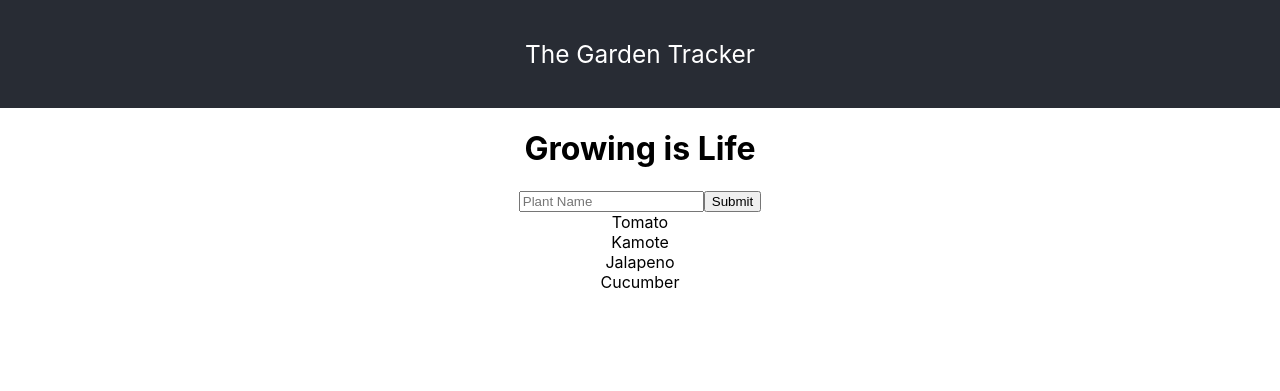
Repository: charliejp0311/gardentracker
Page: /
An editor plug-in stored every save of this project. The page is shown before and after a run of saves, followed by the edit.
The browser window is 1280 px wide. The pictures show the whole page.
The project was rebuilt for these pictures with package versions that can differ from the ones it lists, and the page was loaded fresh each time. Also part of the build but not shown: src/components/Harvest.js.

Above is the page before, as saved 2020-10-29 12:07:42.

### public/index.html
<!DOCTYPE html>
<html lang="en">
  <head>
    <meta charset="utf-8" />
    <link rel="icon" href="%PUBLIC_URL%/sun-svgrepo-com.svg" />
    <meta name="viewport" content="width=device-width, initial-scale=1" />
    <meta name="theme-color" content="#000000" />
    <meta
      name="description"
      content="Web site created using create-react-app"
    />
    <link rel="apple-touch-icon" href="%PUBLIC_URL%/logo192.png" />
    <!--
      manifest.json provides metadata used when your web app is installed on a
      user's mobile device or desktop. See https://developers.google.com/web/fundamentals/web-app-manifest/
    -->
    <link rel="manifest" href="%PUBLIC_URL%/manifest.json" />
    <!--
      Notice the use of %PUBLIC_URL% in the tags above.
      It will be replaced with the URL of the `public` folder during the build.
      Only files inside the `public` folder can be referenced from the HTML.

      Unlike "/favicon.ico" or "favicon.ico", "%PUBLIC_URL%/favicon.ico" will
      work correctly both with client-side routing and a non-root public URL.
      Learn how to configure a non-root public URL by running `npm run build`.
    -->
    <title>Track Your Garden</title>
  </head>
  <body>
    <noscript>You need to enable JavaScript to run this app.</noscript>
    <div id="root"></div>
    <!--
      This HTML file is a template.
      If you open it directly in the browser, you will see an empty page.

      You can add webfonts, meta tags, or analytics to this file.
      The build step will place the bundled scripts into the <body> tag.

      To begin the development, run `npm start` or `yarn start`.
      To create a production bundle, use `npm run build` or `yarn build`.
    -->
  </body>
</html>

### src/index.js
import React from 'react';
import ReactDOM from 'react-dom';
import './index.css';
import App from './App';
// import reportWebVitals from './reportWebVitals';
import reducer from './reducers/index'
import { Provider } from  'react-redux';
import { applyMiddleware, createStore } from 'redux';
// import thunk from 'redux-thunk';

let store = createStore(reducer, window.__REDUX_DEVTOOLS_EXTENSION__ && window.__REDUX_DEVTOOLS_EXTENSION__())

ReactDOM.render(
  <Provider store={store}>
    <App />
  </Provider>,
  document.getElementById('root')
);

// If you want to start measuring performance in your app, pass a function
// to log results (for example: reportWebVitals(console.log))
// or send to an analytics endpoint. Learn more: https://bit.ly/CRA-vitals
// reportWebVitals();

### src/App.js
import './App.css';
import CreateGarden from './components/CreateGarden'

function App() {
  return (
    <div className="App">
      <header className="App-header">
        The Garden Tracker
      </header>
        {/* replace with a fetch garden or send fetch garden to create garden */}
        <CreateGarden />
    </div>
  );
}

export default App;

### src/reducers/index.js
import { combineReducers } from 'redux';
import garden from './GardenReducer'

export default combineReducers({
    garden
})

### src/components/CreateGarden.js
import React, {Component} from 'react';
import Garden from './Garden';


class CreateGarden extends Component{

    render(){
        return(
            <div>
                <Garden />
            </div>
        )
    };
};


export default CreateGarden;

### src/reducers/GardenReducer.js
export default function garden (state = {
    plants: [{name: 'Tomato'},{name: 'Kamote'},{name: 'Jalapeno'},{name: 'Cucumber'}],
    harvest: []
},action){
    // console.log(action)
    switch (action.type) {
        case 'ADD_PLANT':
            return {
                ...state,
                plants: state.plants.concat({name: action.plant.name})
            };

        case 'HARVEST_PLANT':
            let p = state.plants.filter(plant=>plant.id===action.id) ;
            let inTheGarden = state.plants.filter(plant=>plant!==p);

            return{
                plants: inTheGarden,
                harvest: state.harvest.concat(p)
            };

        default:
            return state;
    }
};

### src/components/Garden.js
import React, {Component} from 'react';
import CreatePlant from './CreatePlant';
import PlantList from './plantList';
import Harvest from "./Harvest";
import {connect} from 'react-redux';


class Garden extends Component{

    render(){
        // console.log(this.props)
        return(
            <div className='garden-container' >
                <h1>Growing is Life</h1>
                <CreatePlant />
                <PlantList plants={this.props.garden.plants} />
                {/* <Harvest harvest={this.state.harvest} /> */}
            </div>
        )
    }
}
const mapStateToProps=state=>{
    // console.log(state)
    return{
        garden: state.garden
    }
}


export default connect(mapStateToProps)(Garden);

### src/components/CreatePlant.js
import { Component } from "react";
import { connect } from "react-redux";

class CreatePlant extends Component {
    state = {
        name: '',
    }

    handleChange=e=>{
        this.setState({
            name: e.target.value
        })
    }

    handleSubmit=e=>{
        e.preventDefault();
        let act = this.addPlant(this.state);
        this.props.dispatch(act);
        this.setState({
            name: ''
        })

    }

    addPlant=(plant)=>{
        return({
        type: "ADD_PLANT",
        plant
        })
    };

    harvestPlant=(plant)=>{
        return{
            type: 'HARVEST_PLANT',
            plant
        }
    }
    render(){
        return(
            <form onSubmit={this.handleSubmit}>
                <input type='text' name='name' placeholder="Plant Name" onChange={this.handleChange} value={this.state.name}/>
                <input type='submit'/>
            </form>
        )
    }
}

const mapStateToProps = state => {
    return {
        plants: state.plants,
        harvest: state.harvest
    }
}

// const mapDispatchToProps= dispatch => {
//     return{
//         // addPlant: ()=>dispatch(addPlant()),
//         // harvestPlant: ()=>dispatch(harvestPlant())
//     }
// }


export default connect(mapStateToProps)(CreatePlant);

### src/components/plantList.js
// display plants with button that takes you to the individual plant
// a button to remove the plant from the garden and add to plant archive
import { Component } from "react";

class PlantList extends Component{
    render(){
        console.log(this.props)
        const {plants} = this.props
        let showPlants = plants.map(plant=>{
            return(
            <div className='plant'>
                {plant.name}
            </div>
            )
        });
        return(
            <div>
                {showPlants}
            </div>
        )
    }
}

export default PlantList;

### src/components/Plant.js
import { Component } from "react";

class Plant extends Component{

    render(){
        return(
            <div></div>
        )
    }
}

export default Plant;

Loaded but not shown: src/index.css (common file); src/App.css (common file)

After the next 2 saves:
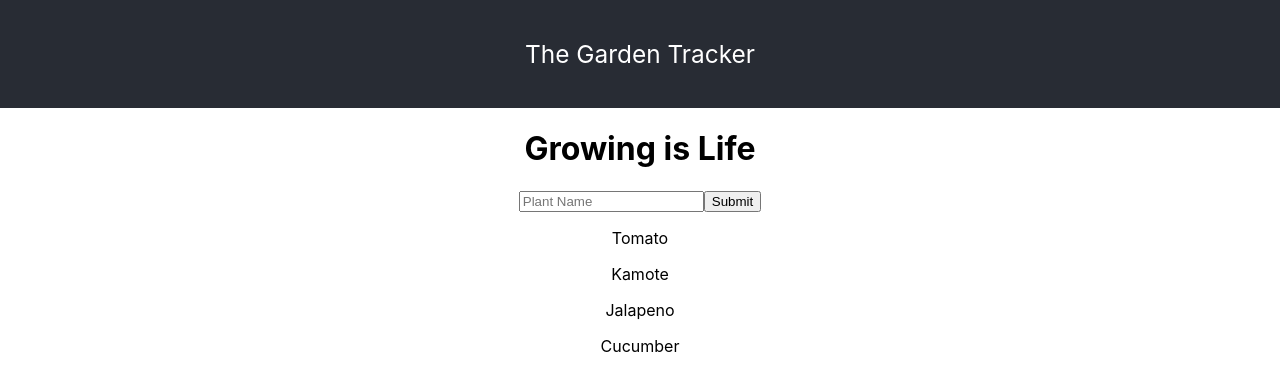
The 2 saves are shown as one change because 1 did not build or start.
The last was saved 2 min 39 s later.
--- a/src/components/plantList.js
+++ b/src/components/plantList.js
@@ -1,6 +1,7 @@
 // display plants with button that takes you to the individual plant
 // a button to remove the plant from the garden and add to plant archive
 import { Component } from "react";
+import Plant from './Plant'
 
 class PlantList extends Component{
     render(){
@@ -8,9 +9,7 @@ class PlantList extends Component{
         const {plants} = this.props
         let showPlants = plants.map(plant=>{
             return(
-            <div className='plant'>
-                {plant.name}
-            </div>
+                <Plant plant={plant} />
             )
         });
         return(
--- a/src/components/Plant.js
+++ b/src/components/Plant.js
@@ -4,7 +4,9 @@ class Plant extends Component{
 
     render(){
         return(
-            <div></div>
+            <div className='plant'>
+                <p>{this.props.plant.name}</p>
+            </div>
         )
     }
 }
